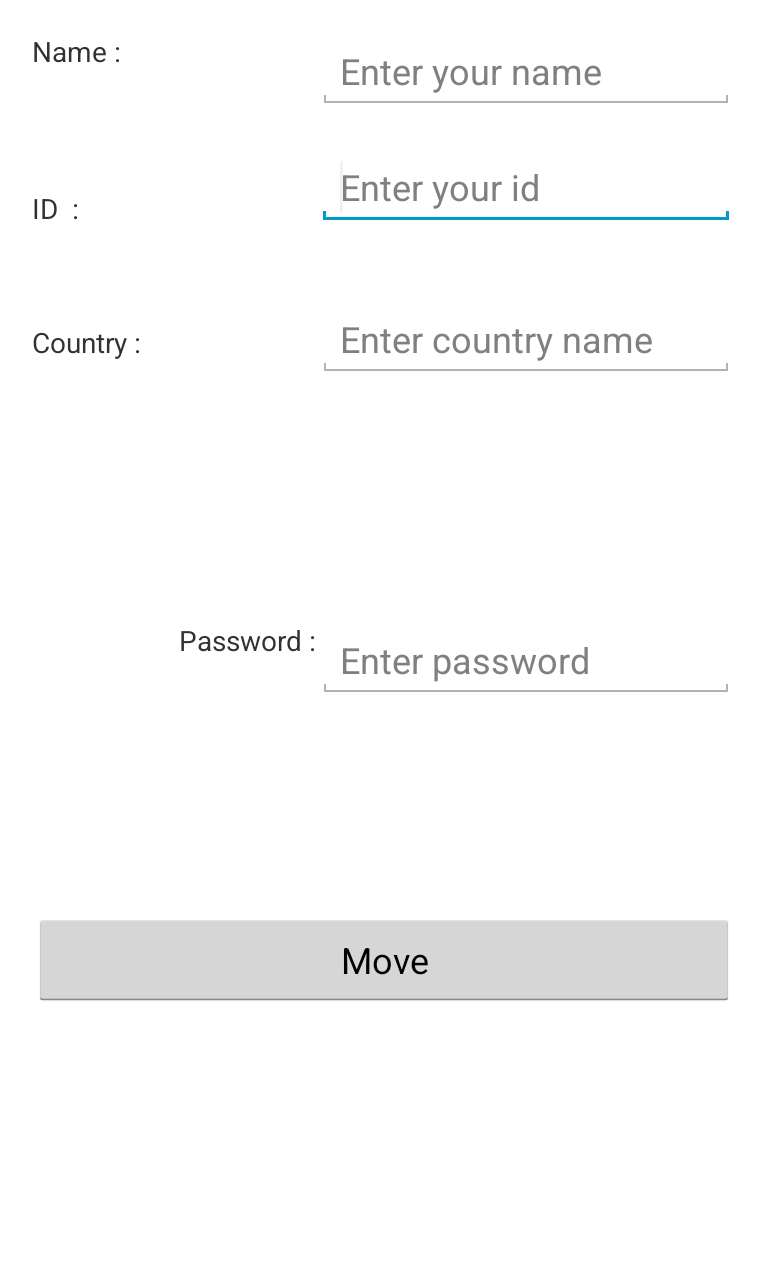
Repository: suzauddola/Android_Apps
Layout: Source/bundle/bandle/res/layout/first.xml
The author's editor kept a copy of each file at every save. The layout is drawn from the files as they stood at one save, then again after the next save.
It is drawn on a 768 x 1280 px phone screen (xhdpi) without system bars, with theme AppTheme; the app's code is not run.

Above is the layout before, as saved 2013-09-05 02:14:58.

After the next save:
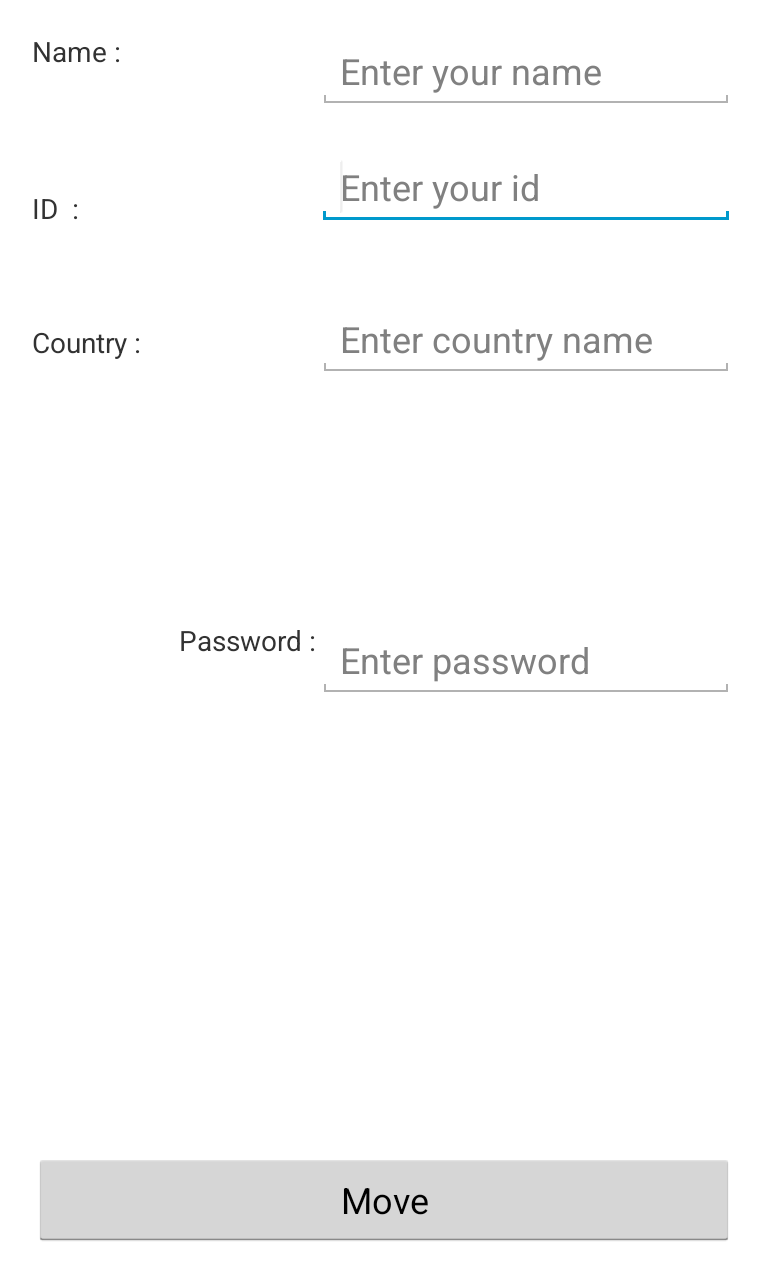
Saved 53 s later.
--- a/Source/bundle/bandle/res/layout/first.xml
+++ b/Source/bundle/bandle/res/layout/first.xml
@@ -44,15 +44,6 @@
         <requestFocus />
     </EditText>
 
-    <Button
-        android:id="@+id/button1"
-        android:layout_width="fill_parent"
-        android:layout_height="wrap_content"
-        android:layout_alignLeft="@+id/tvID"
-        android:layout_alignParentBottom="true"
-        android:layout_marginBottom="120dp"
-        android:text="Move" />
-
     <TextView
         android:id="@+id/tvCountry"
         android:layout_width="wrap_content"
@@ -90,4 +81,12 @@
         android:hint="Enter password"
         />
 
+    <Button
+        android:id="@+id/button1"
+        android:layout_width="fill_parent"
+        android:layout_height="wrap_content"
+        android:layout_alignParentBottom="true"
+        android:layout_alignParentLeft="true"
+        android:text="Move" />
+
 </RelativeLayout>
